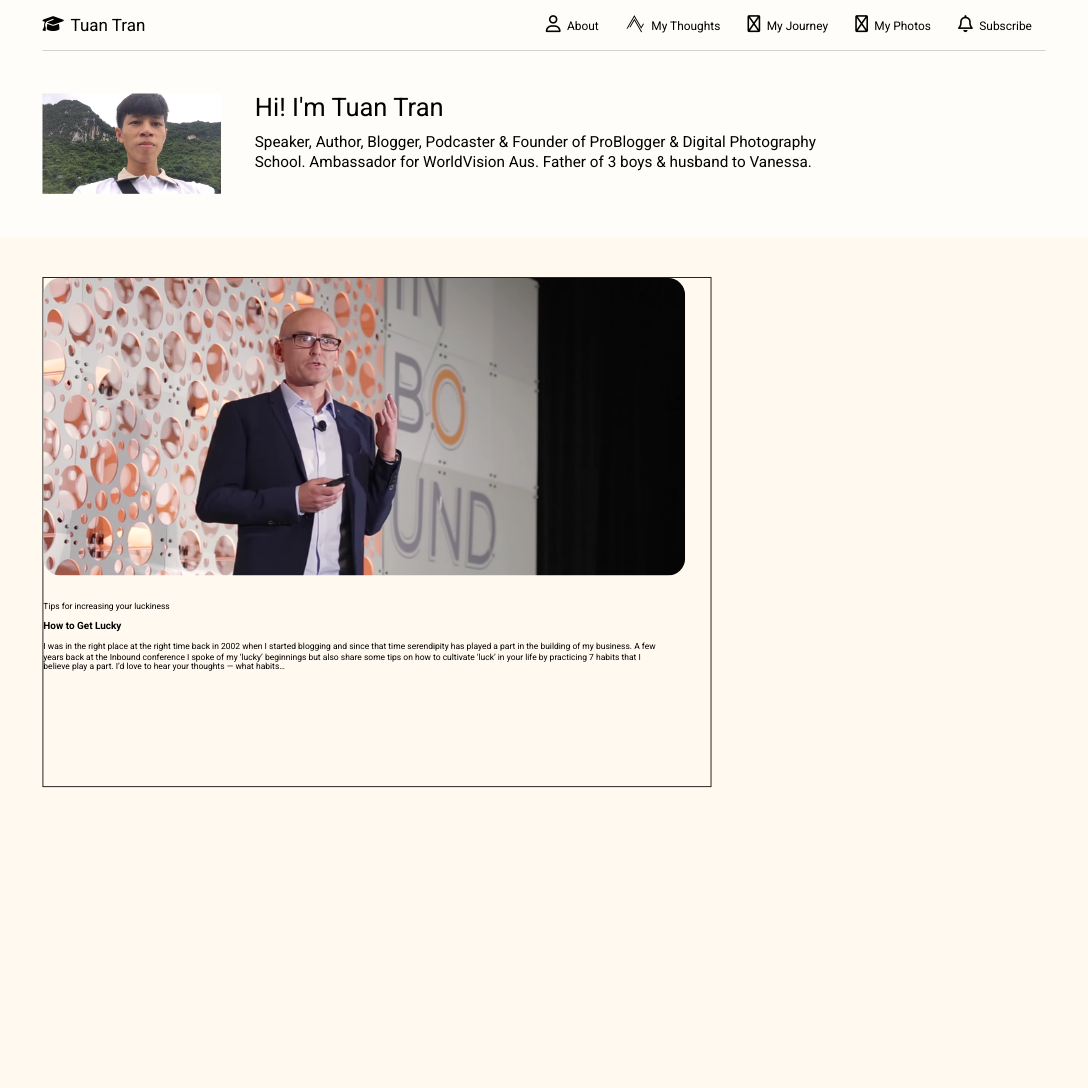
Repository: TranDinhTuann/Blog-Demo
Page: index.html
An editor plug-in stored every save of this project. The page is shown before and after the next save, followed by the edit.
The browser window is 1280 px wide. The pictures show the whole page, at 85% of full size.

Above is the page before, as saved 2023-03-22 20:28:33.

### index.html
<!DOCTYPE html>
<html lang="en">
<head>
    <meta charset="UTF-8">
    <meta http-equiv="X-UA-Compatible" content="IE=edge">
    <meta name="viewport" content="width=device-width, initial-scale=1.0">
    <title>Blog của Tuấn</title>
    <link rel="stylesheet" href="./assets/css/base.css">
    <link rel="stylesheet" href="./assets/css/main.css">
    <link rel="stylesheet" href="https://cdnjs.cloudflare.com/ajax/libs/normalize/8.0.1/normalize.min.css">
    <link rel="stylesheet" href="./assets/fonts/fontawesome-free-6.2.1-web/css/all.min.css">
    <link rel="preconnect" href="https://fonts.googleapis.com"><link rel="preconnect" href="https://fonts.gstatic.com" crossorigin><link href="https://fonts.googleapis.com/css2?family=Roboto:wght@300;400;500;700&display=swap" rel="stylesheet">
</head>
<body>
    <div class="app">
        <div class="header">
            <nav class="navbar">
                <a class="navbar__head">
                    <i class="navbar__head-icon fa-solid fa-graduation-cap"></i>
                    <div class="navbar__name">Tuan Tran</div>
                </a>

                <ul class="navbar__list">
                    <li class="navbar__list-item">
                        <a href="" class="navbar__list-item-link">
                            <i class="navbar__list-item-icon fa-regular fa-user"></i>
                            <span class="navbar__list-item-text">About</span>
                        </a>
                    </li>
                    <li class="navbar__list-item">
                        <a href="" class="navbar__list-item-link">
                            <i class="navbar__list-item-icon fa-brands fa-think-peaks"></i>
                            <span class="navbar__list-item-text">My Thoughts</span>
                        </a>
                    </li>
                    <li class="navbar__list-item">
                        <a href="" class="navbar__list-item-link">
                            <i class="navbar__list-item-icon fa-regular fa-location-dot"></i>
                            <span class="navbar__list-item-text">My Journey</span>
                        </a>
                    </li>
                    <li class="navbar__list-item">
                        <a href="" class="navbar__list-item-link">
                            <i class="navbar__list-item-icon fa-sharp fa-regular fa-camera-retro"></i>
                            <span class="navbar__list-item-text">My Photos</span>
                        </a>
                    </li>
                    <li class="navbar__list-item">
                        <a href="" class="navbar__list-item-link">
                            <i class="navbar__list-item-icon fa-regular fa-bell"></i>
                            <span class="navbar__list-item-text">Subscribe</span>
                        </a>
                    </li>
                </ul>
            </nav>

            <div class="intro">
                <div class="intro__img">
                    <img src="./assets/img/logo.JPG" alt="" class="intro__img-image">
                </div>
                <div class="intro__text">
                    <div class="intro__head">Hi! I'm Tuan Tran </div>
                    <div class="intro__des">Speaker, Author, Blogger, Podcaster & Founder of ProBlogger & Digital Photography School. Ambassador for WorldVision Aus. Father of 3 boys & husband to Vanessa.</div>
                </div>
            </div>
        </div>

        <div class="grid">
            <div class="grid1">
                <div class="content">
                    <div class="columns">
                        <div class="img-human">
                            <img class="img-ong" src="./assets/img/slider/human1.png" alt="">
                        </div>
                        <div class="column-text">
                            <p class="des">Tips for increasing your luckiness</p>
                            <h3 class="heading">How to Get Lucky</h3>
                            <div class="sub-heading">I was in the right place at the right time back in 2002 when I started blogging and since that time serendipity has played a part in the building of my business. A few years back at the Inbound conference I spoke of my ‘lucky’ beginnings but also share some tips on how to cultivate ‘luck’ in your life by practicing 7 habits that I believe play a part. I’d love to hear your thoughts — what habits…</div>
                        </div>
                    </div>
                </div>

                <div class="sitebar">

                </div>
            </div>
        </div>

        <footer class="footer">

        </footer>
    </div>
</body>
</html>

### assets/css/base.css
:root {
    --white-color: #fff;
    --black-color: #000;
    --text-color: #333;
    --primary-color: #fff9ef;
    --header-primary-color: rgb(255, 253, 249);
}

* {
    box-sizing: inherit;
}

html {
    /* hack */
    font-size: 62.5%;
    line-height: 1.6rem;
    font-family: 'Roboto', sans-serif;
    box-sizing: border-box;
}

@keyframes fadeIn {
    from{
        opacity: 0;
    }
    to{
        opacity: 1;
    }
}

@keyframes growth {
    from{
        transform: calc(0);
    }
    to{
        transform: calc(1);
    }
}

.img-ong{
    width: 100%;
    height: 350px;
    display: block;
    border-radius: 20px;
}
.img-human{
    margin-right: 30px;
    height: 350px;
    display: block;
}

### assets/css/main.css
.app{
    height: 1000px;
    background-color: rgb(255, 253, 249);
}

.header{
    height: 280px;
    margin: 0 50px;
}

.navbar{
    height: 60px;
    border-bottom: 1px solid #ccc;
    display: flex;
    align-items: center;
    justify-content: space-between;
}

.navbar__head-icon {
    font-size: 2rem;
    margin-right: 8px;
}

.navbar__name {
    font-size: 2rem;

}

.navbar__head {
    display: flex;
}

.navbar__head:hover {
    cursor: pointer;
    opacity: 0.5;
}

.navbar__list {
    display: flex;
    list-style: none;
    font-size: 1.4rem;
}

.navbar__list-item {
    padding: 0 16px;
    line-height: 60px;
}

.navbar__list-item:hover {
    cursor: pointer;
    opacity: 0.5;
}

.navbar__list-item-link {
    color: #000;
    text-decoration: none;
}

.navbar__list-item-icon{
    font-size: 2rem;
    padding-right: 4px;
}


.intro {
    display: flex;
    margin-top: 50px;
}

.intro__img {
    width: 30%;
    height: 50px;
}

.intro__img-image {
    width: 100%;
    background-size:cover;
}

.intro__text{
    padding-left: 40px;
}

.intro__head {
    font-size: 3rem;
}

.intro__des {
    font-size: 1.8rem;
    padding: 10px 250px 0 0;
    line-height: 2.4rem;
}


/* Grid */
.grid {
    background-color: rgb(255, 249, 239);
    height: 1000px;
    /* display: flex; */
}
.grid1  {
    margin: 0 50px;
    display: flex;
    padding-top: 46px;
}
.content {
    border: 1px solid #000;
    height: 600px;
    flex: 2;
}
.sitebar {
    flex: 1;
}

.column-text{
    padding: 20px 50px 0 0;
}

Loaded but not shown: assets/fonts/fontawesome-free-6.2.1-web/css/all.min.css (library)

After the next save:
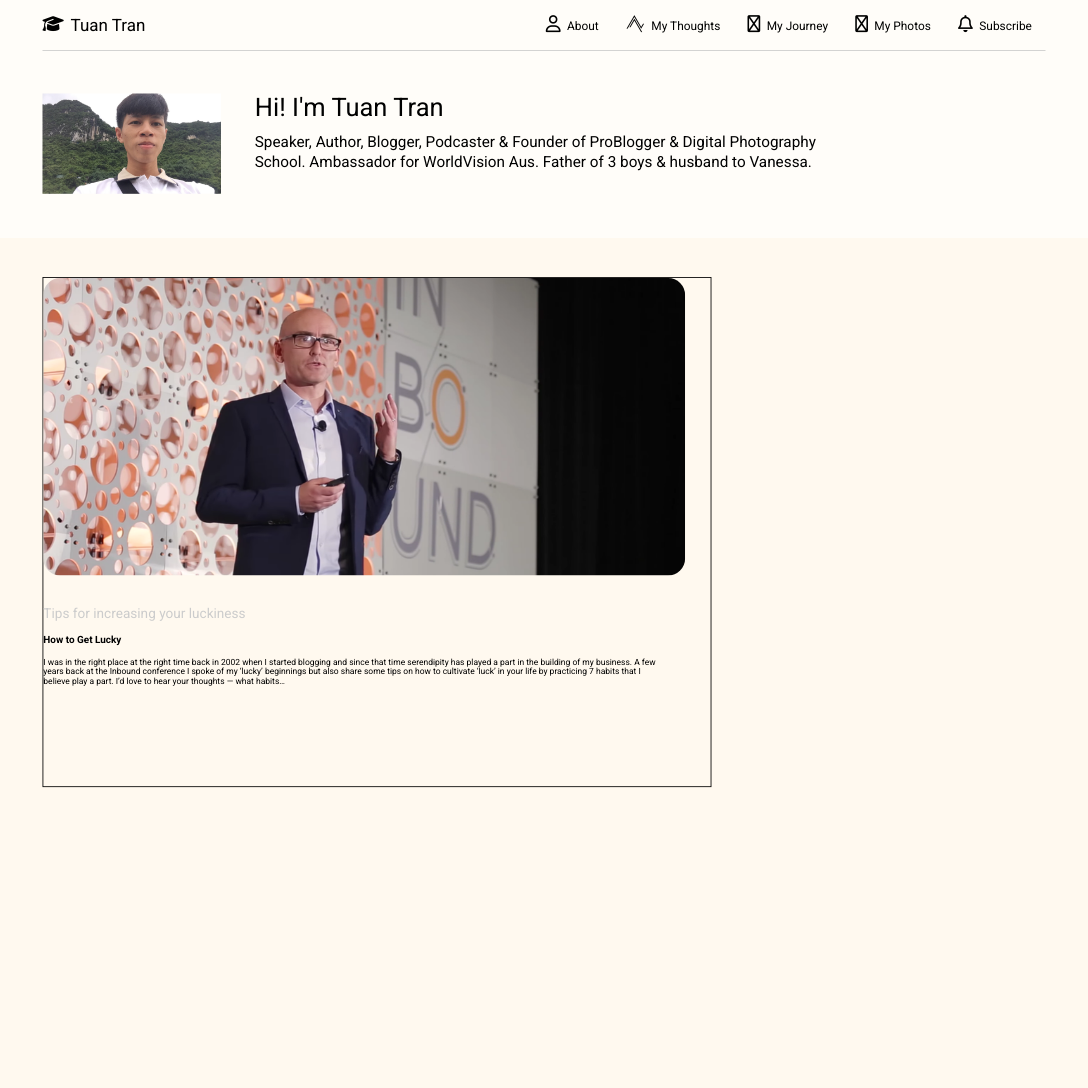
Saved 25 s later.
--- a/assets/css/main.css
+++ b/assets/css/main.css
@@ -115,3 +115,7 @@
 .column-text{
     padding: 20px 50px 0 0;
 }
+.des{
+    font-size: 16px;
+    color: #ccc;
+}
